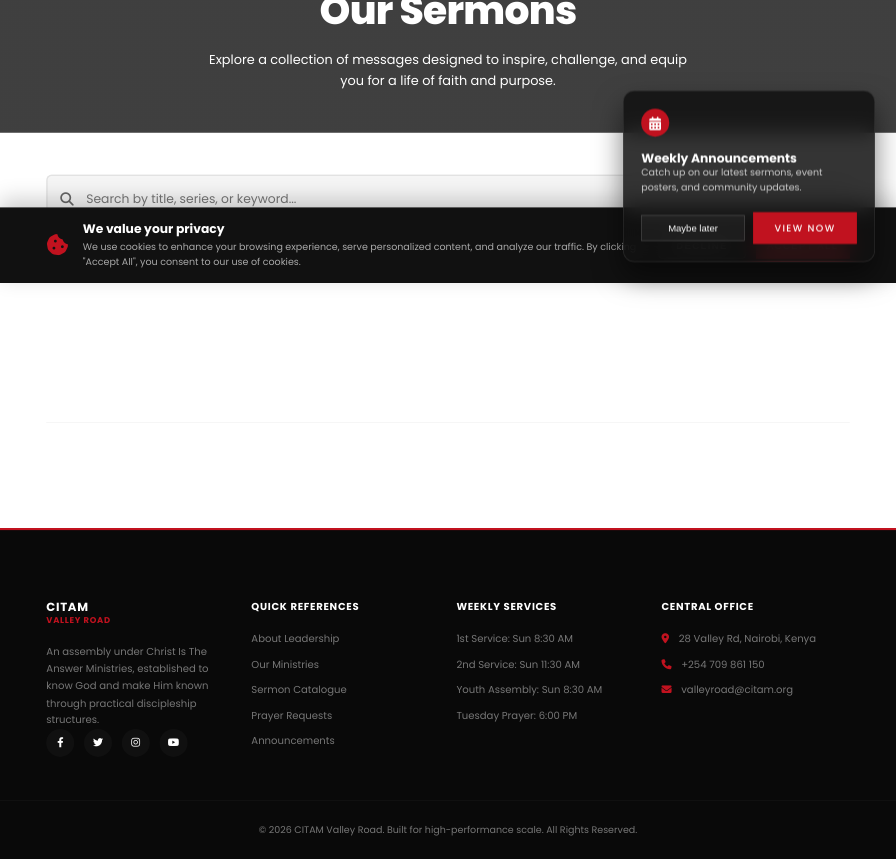
Repository: jereworks/CITAMVRD-Website
Page: sermons.html
The author's editor kept a copy of each file at every save. The page is drawn from the files as they stood at one save, then again after a run of saves.
The browser window is 1280 px wide. The pictures show the part of the page from y = 315 to 2235 px (the page is 1543 px tall before and 2392 px after), at 70% of full size.
Pictures or frames that could not be fetched are drawn as grey boxes. The page's requests for data from a server got no answer.

Above is the page before, as saved 2026-06-25 12:39:48.
Console error: TypeError: Cannot read properties of null (reading 'addEventListener')

### sermons.html
<!DOCTYPE html>
<html lang="en">
<head>
    <meta charset="UTF-8">
    <meta name="viewport" content="width=device-width, initial-scale=1.0">
    <title>Sermons | CITAM Valley Road</title>

    <!-- Add your Favicon here -->
    <link rel="icon" type="image/svg+xml" href="images/CITAMLOGO.svg">

    <link href="https://fonts.googleapis.com/css2?family=Poppins:wght@300;400;500;600;700;800&display=swap" rel="stylesheet">
    <link rel="stylesheet" href="https://cdnjs.cloudflare.com/ajax/libs/font-awesome/6.4.0/css/all.min.css">
    <link rel="stylesheet" href="css/style.css">
</head>
<body>

    <!-- Artistic Cinematic Preloader -->
    <div id="citam-preloader">
        <div class="loader-artistic-canvas">
            <!-- Counter-rotating ethereal rings -->
            <div class="loader-rings">
                <div class="ring ring-outer"></div>
                <div class="ring ring-inner"></div>
            </div>

            <!-- Pulsing Center Logo -->
            <div class="loader-logo-wrapper">
                <img src="images/CITAMLOGO.svg" alt="CITAM Logo" class="loader-logo-img">
            </div>
        </div>

        <!-- Blur-reveal Typography -->
        <div class="loader-text-brand">
            <span class="loader-title">CITAM</span>
            <span class="loader-subtitle">Valley Road</span>
        </div>
    </div>

    <!-- Top Contact Utility Bar -->
    <div class="top-bar">
        <div class="container top-bar-flex">
            <div class="top-info">
                <span><i class="fas fa-phone-alt"></i> +254 709 861 150</span>
                <span><i class="fas fa-envelope"></i> valleyroad@citam.org</span>
                <span><i class="fas fa-map-marker-alt"></i> 28 Valley Rd, Nairobi, Kenya</span>
            </div>
            <div class="top-social">
                <a href="https://www.facebook.com/citamvrdke" target="_blank" aria-label="Facebook"><i class="fab fa-facebook-f"></i></a>
                <a href="https://x.com/CitamVrdKE" aria-label="Twitter"><i class="fab fa-twitter"></i></a>
                <a href="https://www.instagram.com/citamvrdke/" aria-label="Instagram"><i class="fab fa-instagram"></i></a>
                <a href="https://www.youtube.com/@CITAMValleyRoadNPC" aria-label="YouTube"><i class="fab fa-youtube"></i></a>
            </div>
        </div>
    </div>

    <!-- Transparent Sticky Header Navigation -->
    <header class="header" id="header">
        <div class="container nav-container">

            <a href="index.html" class="logo" aria-label="CITAM Valley Road Home" style="display: flex; align-items: center; gap: 15px; text-decoration: none;">
                <img src="images/CITAMLOGO.svg" alt="CITAM Logo" style="height: 70px; width: auto; display: block;">

                <div style="display: flex; flex-direction: column; justify-content: center;">
                    <span style="font-size: 2.2rem; font-weight: 800; color: #ffffff; line-height: 0.85; letter-spacing: 2px;">
                        CITAM
                    </span>
                    <span style="font-size: 0.7rem; font-weight: 400; color: #ffffff; line-height: 1; margin-top: 6px; text-transform: uppercase; width: 100%; text-align-last: justify;">
                        Valley Road
                    </span>
                </div>
            </a>

            <nav class="nav-menu" id="nav-menu" aria-label="Main Navigation">
                <ul class="nav-list">
                    <li><a href="index.html" class="active">Home</a></li>
                    <li><a href="about.html">About Us</a></li>
                    <li><a href="ministries.html">Ministries</a></li>
                    <li><a href="sermons.html">Sermons</a></li>
                    <li><a href="events.html">Events</a></li>
                    <li><a href="gallery.html">Gallery</a></li>
                    <li><a href="contact.html">Contact</a></li>
                </ul>
            </nav>

            <div class="nav-actions">
                <a href="give.html" class="btn btn-primary btn-nav">Give / Tithe</a>
                <button class="hamburger" id="hamburger" aria-expanded="false" aria-label="Toggle navigation menu">
                    <i class="fas fa-bars"></i>
                </button>
            </div>
        </div>
    </header>

    <header class="about-hero-banner" style="
        padding-top: 180px !important;
        padding-bottom: 100px !important;
        background-image: linear-gradient(rgba(0, 0, 0, 0.6), rgba(0, 0, 0, 0.6)), url('images/bible.svg') !important;
        background-size: cover !important;
        background-position: center !important;
        position: relative !important;
        z-index: 1 !important;">

        <div class="container text-center" style="position: relative !important; z-index: 10 !important;">
            <span class="hero-pre-tag animate-on-scroll slide-up" style="color: #f1ee07 !important; display: block !important; margin-bottom: 10px !important; opacity: 1 !important; visibility: visible !important;">
                Listen & Learn
            </span>

            <h1 class="animate-on-scroll slide-up delay-1" style="color: #ffffff !important; margin-bottom: 20px !important; opacity: 1 !important; visibility: visible !important; position: relative !important;">
                Our Sermons
            </h1>

            <p class="hero-subtext animate-on-scroll slide-up delay-2" style="color: #ffffff !important; max-width: 700px !important; margin: 0 auto !important; opacity: 1 !important; visibility: visible !important;">
                Explore a collection of messages designed to inspire, challenge, and equip you for a life of faith and purpose.
            </p>
        </div>
    </header>

    <!-- Latest Sermon Series -->
    <section id="featured-sermon-container" class="section bg-light" style="display: none;">
        <div class="container">
            <h2 class="section-title text-center mb-4">Latest Message</h2>
            <div id="featured-sermon" class="featured-sermon-card shadow-elegant rounded"></div>
        </div>
    </section>

    <section class="impact-section" id="sermon-stats" style="display: none;">
        <div class="container grid-3">
            <div class="impact-card">
                <h3 id="stat-total-sermons">0</h3>
                <p>Total Sermons</p>
            </div>
            <div class="impact-card">
                <h3 id="stat-playlists">0</h3>
                <p>Curated Series</p>
            </div>
            <div class="impact-card">
                <h3 id="stat-latest-date">-</h3>
                <p>Latest Upload</p>
            </div>
        </div>
    </section>

    <section id="sermon-controls" class="bg-white" style="padding: 60px 0 20px;">
        <div class="container">
            <div class="controls-wrapper">
                <div class="search-container">
                    <i class="fas fa-search search-icon"></i>
                    <input type="text" id="sermon-search" placeholder="Search by title, series, or keyword..." aria-label="Search sermons">
                </div>

                <div class="utilities-row">
                    <div class="category-scroll-wrapper" id="category-filters" role="group" aria-label="Playlist Categories">
                        <button class="btn btn-outline category-btn active" data-id="All">All</button>
                        </div>

                    <div class="sort-container">
                        <select id="sermon-sort" class="premium-select" aria-label="Sort sermons">
                            <option value="newest">Newest First</option>
                            <option value="oldest">Oldest First</option>
                        </select>
                    </div>
                </div>
            </div>
        </div>
    </section>

    <section id="sermons-grid-section" class="section bg-white pt-0">
        <div class="container">
            <div id="dynamic-sermon-grid">
                </div>

            <div id="pagination-container" class="sermon-pagination mt-4" role="navigation" aria-label="Pagination">
                </div>
        </div>
    </section>


    <!-- Footer System -->
    <footer class="footer">
        <div class="container grid-4">
            <div class="footer-col">
                <h3>CITAM<span>Valley Road</span></h3>
                <p>An assembly under Christ Is The Answer Ministries, established to know God and make Him known through practical discipleship structures.</p>
                <div class="social-links">
                    <a href="https://www.facebook.com/citamvrdke" target="_blank" rel="noopener noreferrer" aria-label="Facebook"><i class="fab fa-facebook-f"></i></a>
                    <a href="https://x.com/CitamVrdKE" target="_blank" rel="noopener noreferrer" aria-label="Twitter"><i class="fab fa-twitter"></i></a>
                    <a href="https://www.instagram.com/citamvrdke/" target="_blank" rel="noopener noreferrer" aria-label="Instagram"><i class="fab fa-instagram"></i></a>
                    <a href="https://www.youtube.com/@CITAMValleyRoadNPC" target="_blank" rel="noopener noreferrer" aria-label="YouTube"><i class="fab fa-youtube"></i></a>
                </div>
            </div>
            <div class="footer-col">
                <h4>Quick References</h4>
                <ul>
                    <li><a href="about.html">About Leadership</a></li>
                    <li><a href="ministries.html">Our Ministries</a></li>
                    <li><a href="sermons.html">Sermon Catalogue</a></li>
                    <li><a href="contact.html">Prayer Requests</a></li>
                    <li><a href="announcements.html">Announcements</a></li>
                </ul>
            </div>
            <div class="footer-col">
                <h4>Weekly Services</h4>
                <ul>
                    <li>1st Service: Sun 8:30 AM</li>
                    <li>2nd Service: Sun 11:30 AM</li>
                    <li>Youth Assembly: Sun 8:30 AM</li>
                    <li>Tuesday Prayer: 6:00 PM</li>
                </ul>
            </div>
            <div class="footer-col">
                <h4>Central Office</h4>
                <ul>
                    <li><i class="fas fa-map-marker-alt"></i> 28 Valley Rd, Nairobi, Kenya</li>
                    <li><i class="fas fa-phone"></i> +254 709 861 150</li>
                    <li><i class="fas fa-envelope"></i> valleyroad@citam.org</li>
                </ul>
            </div>
        </div>
        <div class="footer-bottom text-center">
            <p>&copy; 2026 CITAM Valley Road. Built for high-performance scale. All Rights Reserved.</p>
        </div>
    </footer>

    <!-- Cookie Consent Banner -->
    <div id="cookie-consent-banner" class="cookie-banner">
        <div class="container cookie-container">
            <div class="cookie-content">
                <div class="cookie-icon"><i class="fas fa-cookie-bite"></i></div>
                <div class="cookie-text">
                    <h4>We value your privacy</h4>
                    <p>We use cookies to enhance your browsing experience, serve personalized content, and analyze our traffic. By clicking "Accept All", you consent to our use of cookies.</p>
                </div>
            </div>
            <div class="cookie-actions">
                <button id="decline-cookies" class="btn cookie-btn-outline">Decline</button>
                <button id="accept-cookies" class="btn btn-primary">Accept All</button>
            </div>
        </div>
    </div>

    <!-- Cinematic Announcement Nudge -->
    <div id="announcement-popup" class="announcement-nudge">
        <div class="nudge-visual">
            <i class="fas fa-calendar-alt"></i>
        </div>

        <div class="nudge-content">
            <h4>Weekly Announcements</h4>
            <p>Catch up on our latest sermons, event posters, and community updates.</p>
        </div>

        <div class="nudge-actions">
            <!-- New Primary Button Style for Ignore -->
            <button id="nudge-ignore" class="btn-nudge-secondary">Maybe later</button>
            <!-- Retaining Primary Action -->
            <a href="announcements.html" class="btn btn-primary">View Now</a>
        </div>
    </div>

    <!-- Main JavaScript Logic -->
    <script src="js/scripts.js" defer></script>
    <script src="js/main.js" defer></script>
</body>
</html>

Loaded but not shown: js/sermons.js (424 lines, source omitted); js/main.js (92 lines, source omitted); js/scripts.js (135 lines, source omitted); css/style.css (2674 lines, source omitted)

After the next 2 saves:
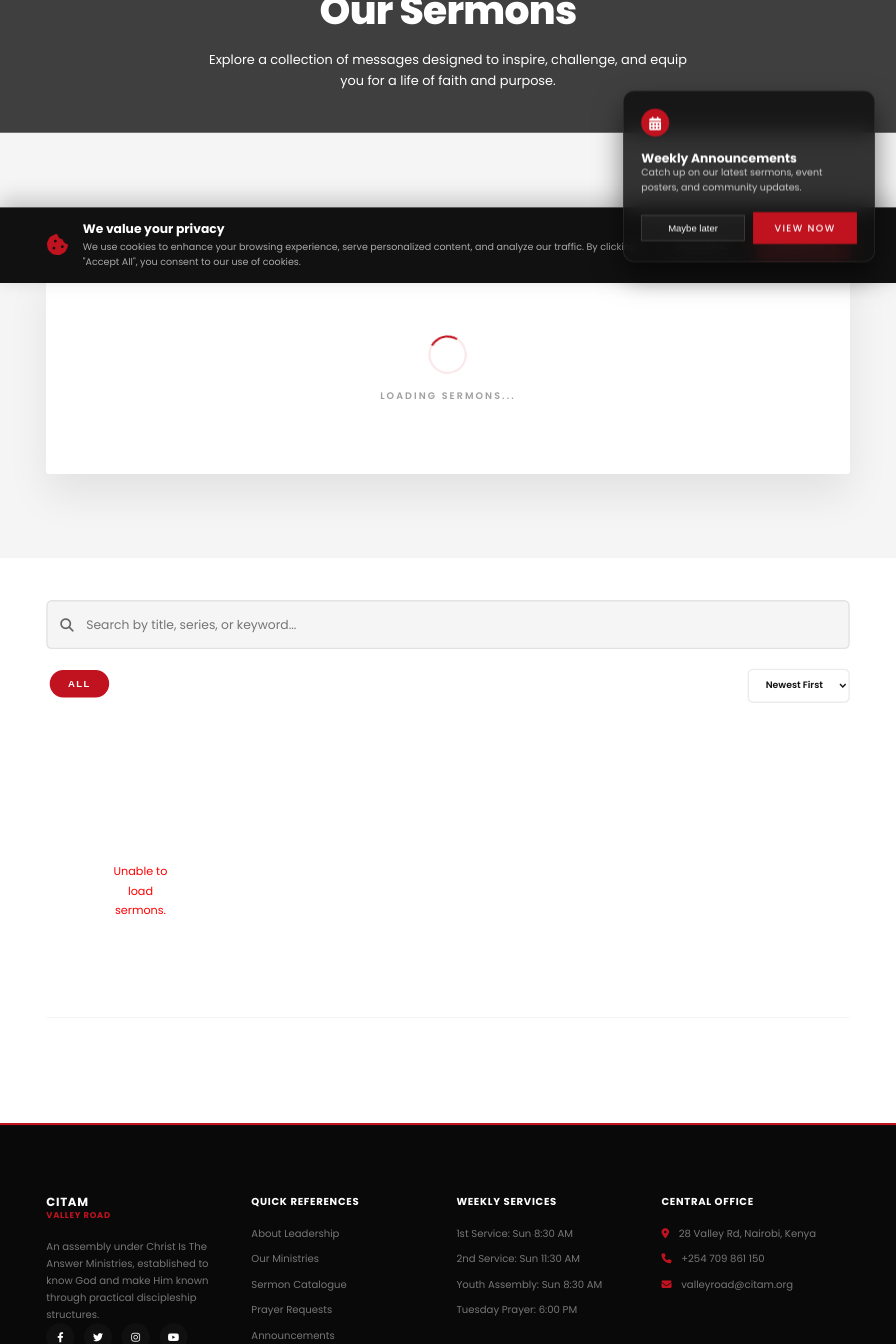
The 2 saves are shown as one change because they came seconds apart.
The last was saved 5 s later.
--- a/sermons.html
+++ b/sermons.html
@@ -260,5 +260,6 @@
     <!-- Main JavaScript Logic -->
     <script src="js/scripts.js" defer></script>
     <script src="js/main.js" defer></script>
+    <script src="js/sermons.js" defer></script>
 </body>
 </html>
